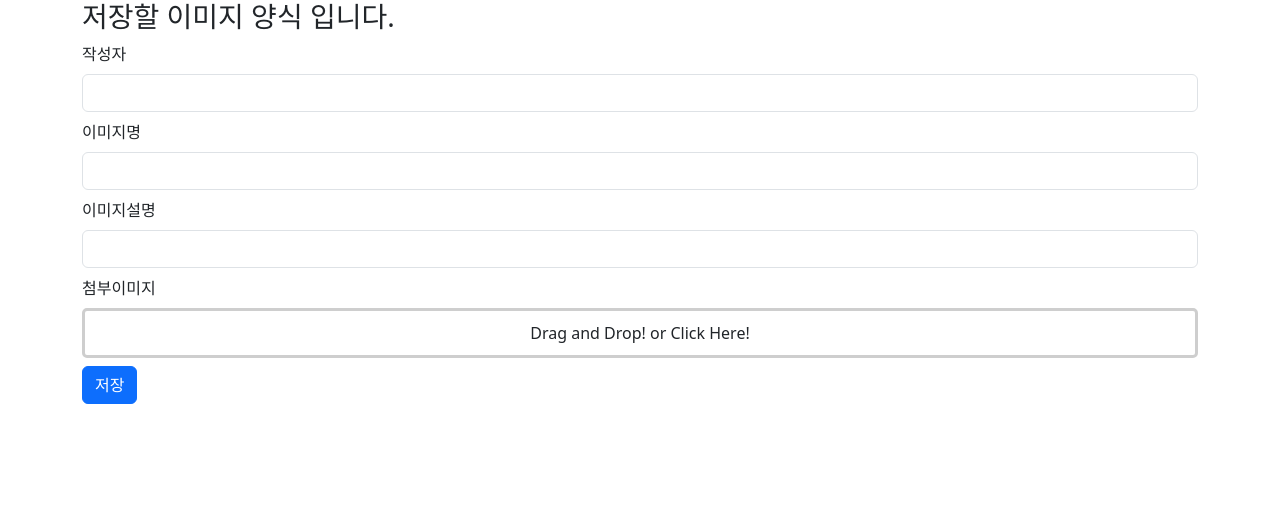
Repository: seochanmi/springRepository
Page: http://localhost/gallery/insertform
An editor plug-in stored every save of this project. The page is shown before and after the next save, followed by the edit.
The browser window is 1280 px wide. The pictures show the whole page.
The page is this project's Thymeleaf template; nobody is signed in. The template is opened directly, without the code that normally fills it, so the values that code supplies are empty.

Above is the page before, as saved 2024-07-24 09:11:07.
Console error: ReferenceError: e is not defined

After the next save:
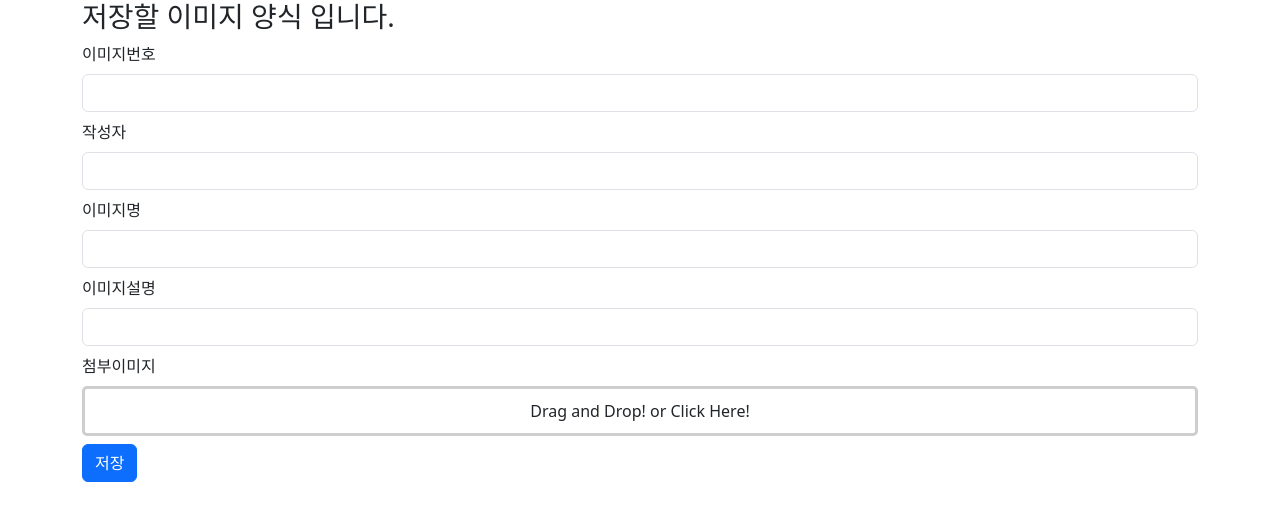
Saved 3 min 42 s later.
--- a/Boot11_Example/src/main/resources/templates/gallery/insertform.html
+++ b/Boot11_Example/src/main/resources/templates/gallery/insertform.html
@@ -23,6 +23,10 @@
 	<div class="container">
 		<h3>저장할 이미지 양식 입니다.</h3>
 		<form th:action="@{/gallery/insert}" method="post" enctype="multipart/form-data">
+			<div class="mb-2">
+				<label class="form-label" for="num">이미지번호</label>
+				<input class="form-control" type="number" name="num" id="num"/>
+			</div>
 			<div class="mb-2">
 				<label class="form-label" for="writer">작성자</label>
 				<input class="form-control" type="text" name="writer" id="writer"/>
